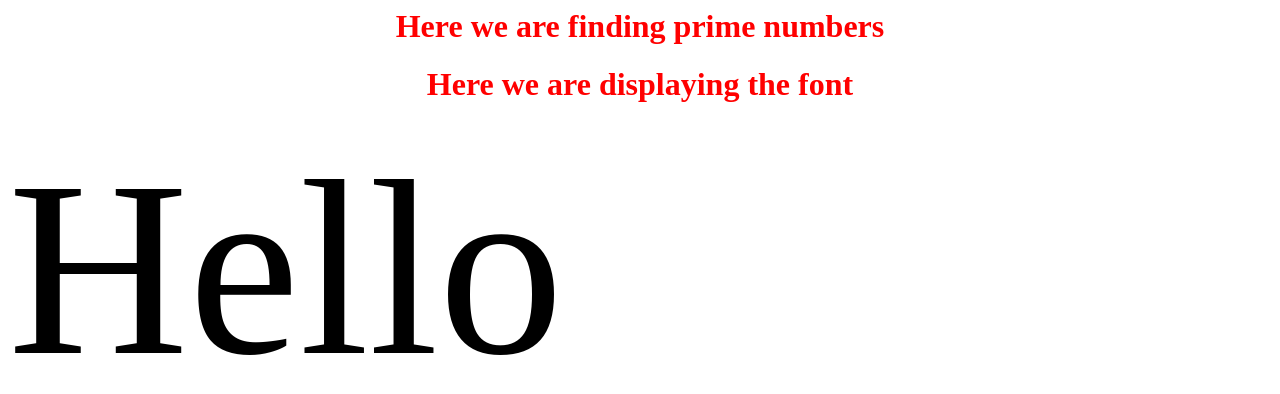
Repository: AbhishekSinghChouhan45/JSP-Projects
Page: http://localhost/JSP-22PrimeNumberFromCustomeTag/
These files come from the project's save history. The page is drawn as it stood at one moment and after the next save; the edit follows.
The browser window is 1280 px wide. The pictures show the whole page.
The page is served by Tomcat 10.

Above is the page before, as saved 2023-12-07 04:51:43.

After the next save:
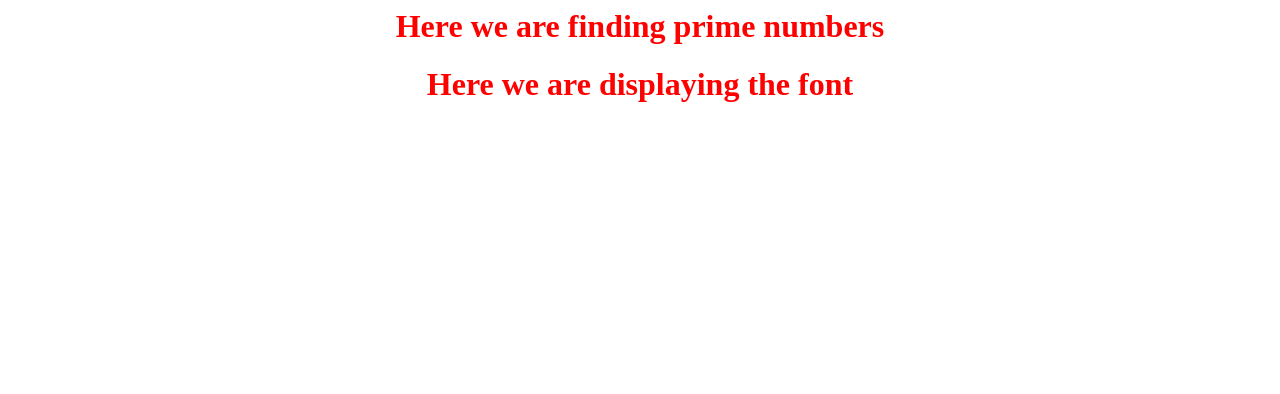
Saved 16 s later.
--- a/JSP-22PrimeNumberFromCustomeTag/src/main/webapp/index.jsp
+++ b/JSP-22PrimeNumberFromCustomeTag/src/main/webapp/index.jsp
@@ -2,4 +2,4 @@
 <h1 style="color: red;text-align: center">Here we are finding prime numbers</h1>
 <%-- <fprime:find x="20"/> --%>
 <h1 style="color: red;text-align: center">Here we are displaying the font </h1>
-<fprime:dis font="Display" size="250">Hello</fprime:dis>
+<fprime:dis >Hello</fprime:dis>

After the save that followed:
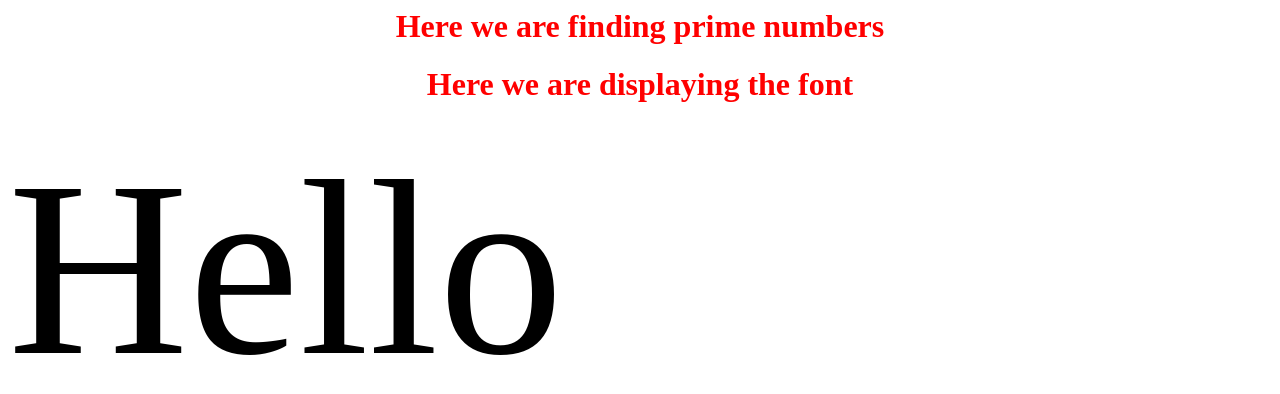
Saved 14 s later.
--- a/JSP-22PrimeNumberFromCustomeTag/src/main/webapp/index.jsp
+++ b/JSP-22PrimeNumberFromCustomeTag/src/main/webapp/index.jsp
@@ -2,4 +2,4 @@
 <h1 style="color: red;text-align: center">Here we are finding prime numbers</h1>
 <%-- <fprime:find x="20"/> --%>
 <h1 style="color: red;text-align: center">Here we are displaying the font </h1>
-<fprime:dis >Hello</fprime:dis>
+<fprime:dis font="Display" size="250">Hello</fprime:dis>
